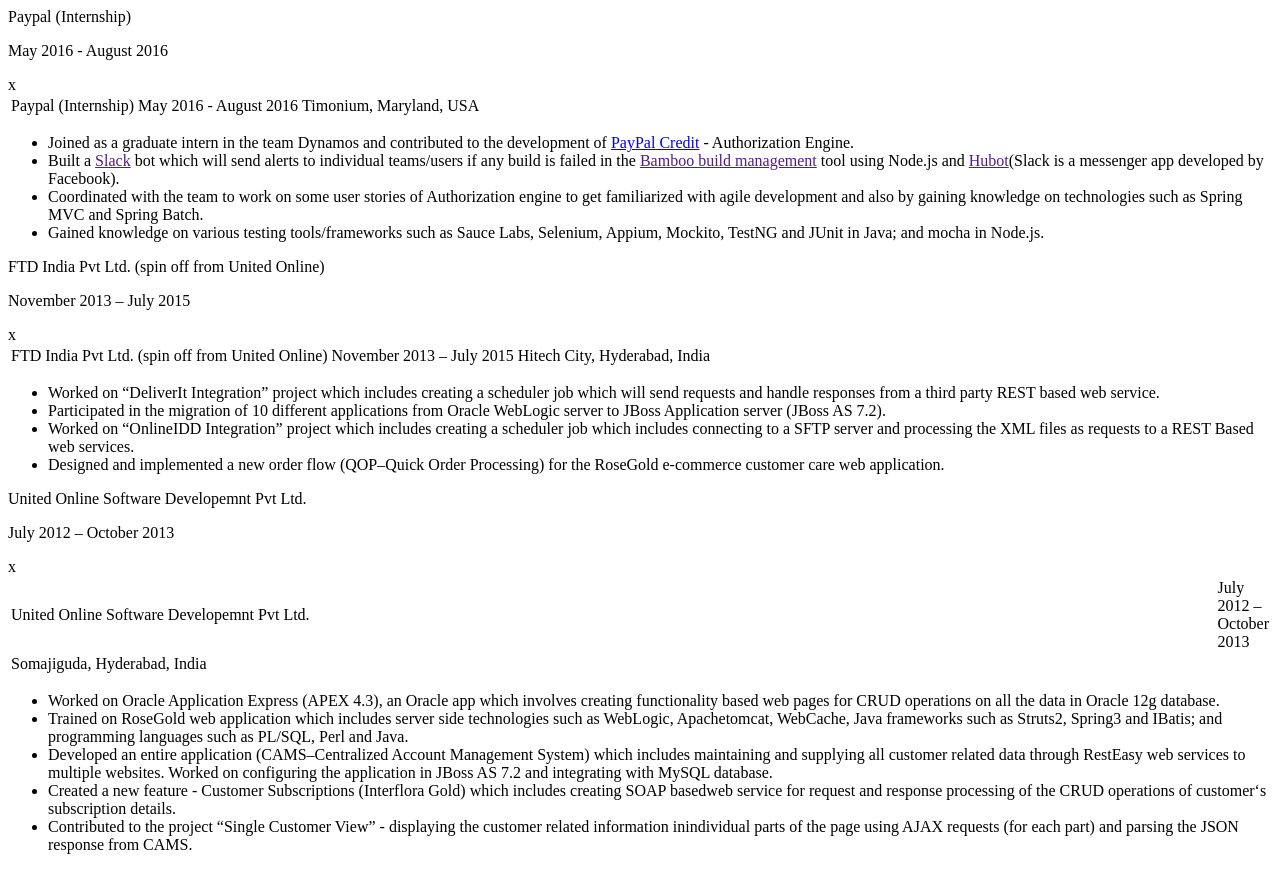
Repository: phanindrakannaji/Resume
Page: http://localhost/application/pages/experience.php
These files come from the project's save history. The page is drawn as it stood at one moment and after the next save; the edit follows.
The browser window is 1280 px wide. The pictures show the whole page.
The page is run by PHP 8.4 with error messages shown; the project is at /var/www/html/.

Above is the page before, as saved 2016-09-25 18:02:03.
Console error: ReferenceError: $ is not defined

### Resume/application/pages/experience.php
<script type="text/javascript"
	src="../resources/scripts/refreshScript.js"></script>
<div class="divExperience customfont2">
	<div class="divExperienceHeading">
		<p class="expHeading">Paypal (Internship)</p>
		<p class="expHeadingContent">May 2016 - August
			2016</p>
	</div>
	<div class="divExperienceWork modal">
		<div class="modal-content">
			<span class="close">x</span>
			<table>
				<tr>
					<td class="customfont2 normaltext">Paypal (Internship)</td>
					<td class="customfont2 normaltext">May 2016 - August 2016</td>
					<td class="customfont2 normaltext">Timonium, Maryland, USA</td>
				</tr>
			</table>
			<ul>
				<li>Joined as a graduate intern in the team Dynamos and contributed
					to the development of <a
					href="https://en.wikipedia.org/wiki/PayPal_Credit" target="blank">PayPal
						Credit</a> - Authorization Engine.
				</li>
				<li>Built a <a href="" target="blank">Slack</a> bot which will send
					alerts to individual teams/users if any build is failed in the <a
					href="" target="blank">Bamboo build management</a> tool using
					Node.js and <a href="" target="blank">Hubot</a>(Slack is a
					messenger app developed by Facebook).
				</li>
				<li>Coordinated with the team to work on some user stories of
					Authorization engine to get familiarized with agile development and
					also by gaining knowledge on technologies such as Spring MVC and
					Spring Batch.</li>
				<li>Gained knowledge on various testing tools/frameworks such as
					Sauce Labs, Selenium, Appium, Mockito, TestNG and JUnit in Java;
					and mocha in Node.js.</li>
			</ul>
		</div>
	</div>
</div>

<div class="divExperience customfont2">
	<div class="divExperienceHeading">
		<p class="expHeading">FTD India Pvt Ltd. (spin off from United Online)</p>
		<p class="expHeadingContent">November 2013 –
			July 2015</p>
	</div>
	<div class="divExperienceWork modal">
		<div class="modal-content">
			<span class="close">x</span>
			<table>
				<tr>
					<td class="customfont2 normaltext">FTD India Pvt Ltd. (spin off from United Online)</td>
					<td class="customfont2 normaltext">November 2013 – July 2015</td>
					<td class="customfont2 normaltext">Hitech City, Hyderabad, India</td>
				</tr>
			</table>


			<ul>
				<li>Worked on “DeliverIt Integration” project which includes
					creating a scheduler job which will send requests and handle
					responses from a third party REST based web service.</li>
				<li>Participated in the migration of 10 different applications from
					Oracle WebLogic server to JBoss Application server (JBoss AS 7.2).</li>
				<li>Worked on “OnlineIDD Integration” project which includes
					creating a scheduler job which includes connecting to a SFTP server
					and processing the XML files as requests to a REST Based web
					services.</li>
				<li>Designed and implemented a new order flow (QOP–Quick Order
					Processing) for the RoseGold e-commerce customer care web
					application.</li>
			</ul>
		</div>
	</div>
</div>

<div class="divExperience customfont2">
	<div class="divExperienceHeading">
		<p class="expHeading">United Online Software Developemnt Pvt Ltd.</p>
		<p class="expHeadingContent">July 2012 – October
			2013</p>
	</div>
	<div class="divExperienceWork modal">
		<div class="modal-content">
			<span class="close">x</span>
			<table>
				<tr>
					<td class="customfont2 normaltext" width="75%">United Online Software Developemnt Pvt Ltd.</td>
					<td class="customfont2 normaltext" width="25%">July 2012 – October 2013</td>
				</tr>
				<tr>
					<td width="100%" class="customfont2 normaltext">Somajiguda, Hyderabad, India</td>
				</tr>
			</table>
			<ul>
				<li>Worked on Oracle Application Express (APEX 4.3), an Oracle app
					which involves creating functionality based web pages for CRUD
					operations on all the data in Oracle 12g database.</li>
				<li>Trained on RoseGold web application which includes server side
					technologies such as WebLogic, Apachetomcat, WebCache, Java
					frameworks such as Struts2, Spring3 and IBatis; and programming
					languages such as PL/SQL, Perl and Java.</li>
				<li>Developed an entire application (CAMS–Centralized Account
					Management System) which includes maintaining and supplying all
					customer related data through RestEasy web services to multiple
					websites. Worked on configuring the application in JBoss AS 7.2 and
					integrating with MySQL database.</li>
				<li>Created a new feature - Customer Subscriptions (Interflora Gold)
					which includes creating SOAP basedweb service for request and
					response processing of the CRUD operations of customer‘s
					subscription details.</li>
				<li>Contributed to the project “Single Customer View” - displaying
					the customer related information inindividual parts of the page
					using AJAX requests (for each part) and parsing the JSON response
					from CAMS.</li>
			</ul>
		</div>
	</div>
</div>
<script type="text/javascript" src="../resources/scripts/experience.js"></script>

### Resume/resources/scripts/refreshScript.js
$(document).ready(function(){
	$("#commandInput").keypress(function(e){
		keypressInBox(e);
	});
	$("#commandInput").focus();
})

### Resume/resources/scripts/experience.js
$(document).ready(function(){
	$('.divExperienceHeading').click(function(){
		$(this).parent().children().last().css("display", "block");
	});
	var span = $(".close")[0];
	$(".close").click(function() {
	    $(this).parent().parent().css("display", "none");
	});
});

After the next save:
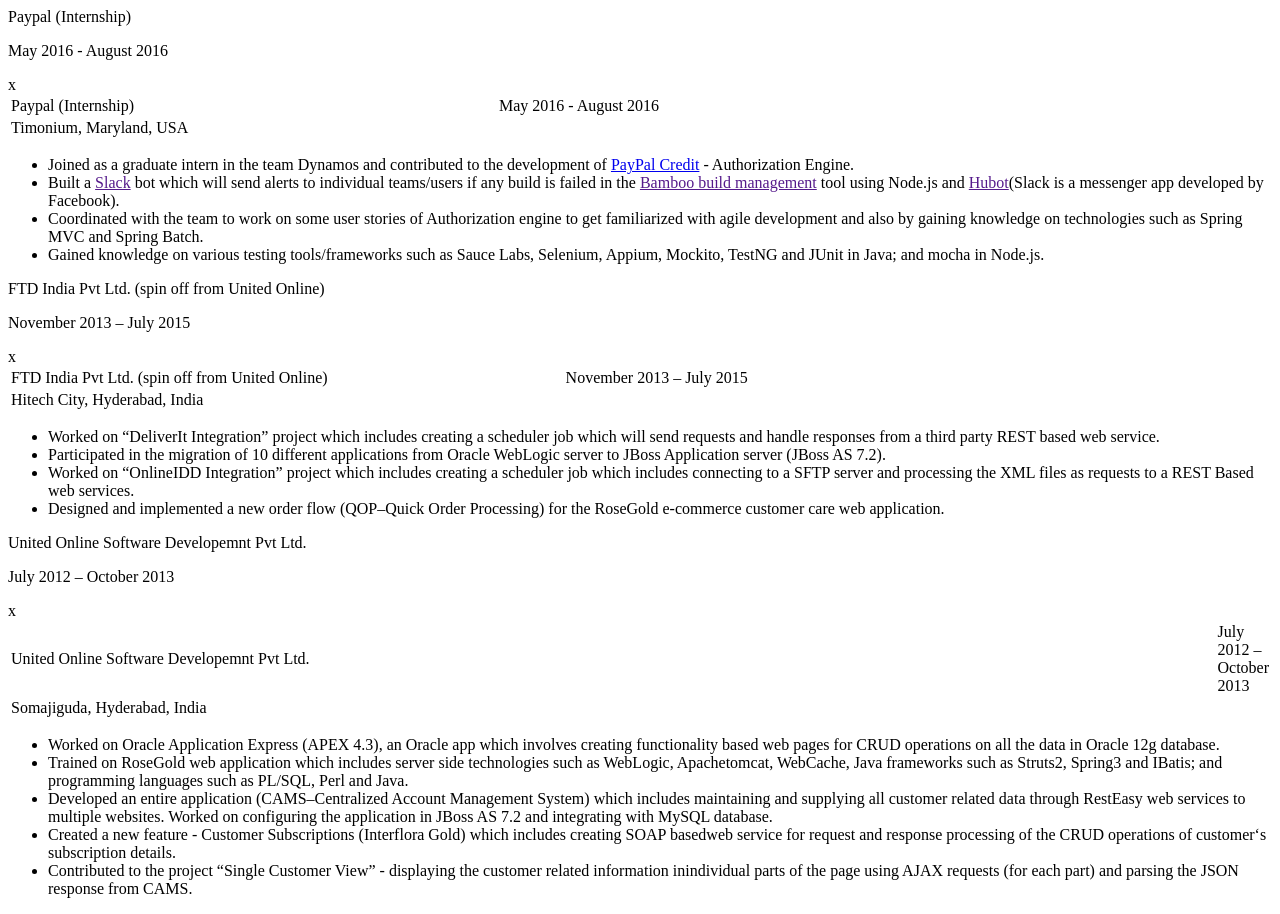
Saved 36 s later.
--- a/Resume/application/pages/experience.php
+++ b/Resume/application/pages/experience.php
@@ -11,8 +11,10 @@
 			<span class="close">x</span>
 			<table>
 				<tr>
-					<td class="customfont2 normaltext">Paypal (Internship)</td>
-					<td class="customfont2 normaltext">May 2016 - August 2016</td>
+					<td class="customfont2 normaltext" width="75%">Paypal (Internship)</td>
+					<td class="customfont2 normaltext" width="25%">May 2016 - August 2016</td>
+				</tr>
+				<tr>
 					<td class="customfont2 normaltext">Timonium, Maryland, USA</td>
 				</tr>
 			</table>
@@ -51,8 +53,10 @@
 			<span class="close">x</span>
 			<table>
 				<tr>
-					<td class="customfont2 normaltext">FTD India Pvt Ltd. (spin off from United Online)</td>
-					<td class="customfont2 normaltext">November 2013 – July 2015</td>
+					<td class="customfont2 normaltext" width="75%">FTD India Pvt Ltd. (spin off from United Online)</td>
+					<td class="customfont2 normaltext" width="25%">November 2013 – July 2015</td>
+				</tr>
+				<tr>
 					<td class="customfont2 normaltext">Hitech City, Hyderabad, India</td>
 				</tr>
 			</table>
